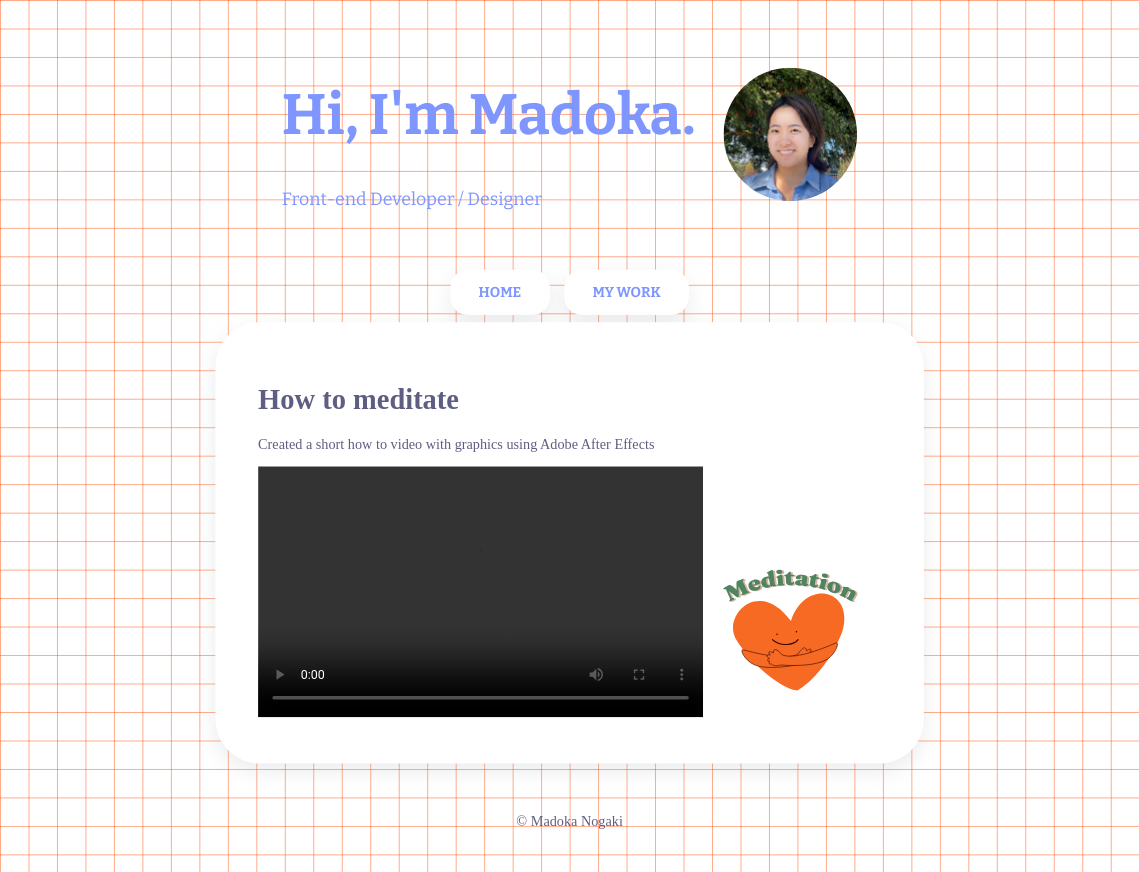
Repository: ohmaruko/portfolio
Page: /links/howToMeditate
The author's editor kept a copy of each file at every save. The page is drawn from the files as they stood at one save, then again after a run of saves.
The browser window is 1280 px wide. The pictures show the whole page, at 89% of full size.
Pictures or frames that could not be fetched are drawn as grey boxes. The project was rebuilt for these pictures with package versions that can differ from the ones it lists, and the page was loaded fresh each time. The framework's server and built-in components were replaced by stand-ins that run in the browser. Also part of the build but not shown: next.config.mjs.

Above is the page before, as saved 2024-02-18 00:44:07.

### pages/links/howToMeditate.js
import styles from '/styles/Home.module.css'
import Header from '@/components/Header'
import Footer from '@/components/Footer'
import { Open_Sans } from 'next/font/google'
import Image from 'next/image'
const openSans = Open_Sans ({subsets: ['latin']})
import Box from '@/components/Box'

export default function Works() {
  return (
    <>

      <head>
        <title>Madoka Nogaki Portfolio</title>
        <meta name="description" content="Portfolio page" />
        <meta name="viewport" content="width=device-width, initial-scale=1" />
        <link rel="icon" href="/favicon.png" />
      </head>

      <div className={styles.container}>
        <Header className={openSans.className}/>
        <main className={styles.meditation}>
            <div>
                <Box content={
                    <div>
                        <h1>How to meditate</h1>
                        <p>Created a short how to video with graphics using Adobe After Effects</p>
                        <div></div>
                        <video width={500} height={282} controls>
                            <source src='/meditation.mp4' type='video/mp4'></source>
                        </video>
                        <Image src='/images/heart.svg' alt='heart' width={200} height={200}/>

                    </div>
                }/>
            </div>
        </main>

        <div className={styles.outerContainer}>
          <Footer />
        </div>
      </div>

    </>
  )
}

### styles/globals.css
:root {
  --orange: #FF5714;
  --light-orange: rgba(255, 87, 20, 0.5);
  --blue: #7F96FF;
  --white: #fff;
  --text: #5e5e83;
  color: #5e5e83;

  --medium-font: 20px;
}

body {
  margin: 0;
  background-image:
    linear-gradient(to right, var(--light-orange) 1px, transparent 1px),
    linear-gradient(to bottom, var(--light-orange) 1px, transparent 1px);
  background-size: 2em 2em;
}

p {
  font-size: 16px;
}

### styles/Home.module.css
.container {
  display: flex;
  flex-direction: column;
  align-items: center;
  min-height: 100vh;
  width: 100%;
}
.header {
  width: 70%;
}
.outerContainer {
  display: flex;
  width: 70%;
  justify-content: center;
  margin: 2em auto;
}
.box1 {
  flex: 1;
  flex-basis: 60%;
}
.box2 {
  flex: 1;
  flex-basis: 40%;
}
.link {
  text-decoration: none;
  color: var(--text);
  display: flex;
  align-items: center;
  gap: 1rem;
}
.logo {
  fill: var(--blue);
}
.skill {
  display: flex;
  gap: 1rem;
}
.footer {
  margin: 2rem;
}
.works {
  margin: 2rem;
  width: 70%;
  display: flex;
  flex-wrap: wrap;
  justify-content: center;
}
.hair h1{
  color: var(--blue);
}
.logoContainer {
  display: flex;
  flex-direction: column;
}
.logoInner{
  display: flex;
  justify-content: space-evenly;
}
.film a{
  text-decoration: none;
  color: var(--blue);
}
/* mobile */
/* @media (max-width: 800px){

} */

### components/Header/index.js
import styles from './Header.module.css'
import Image from 'next/image'
import Link from 'next/link'
import { Bitter } from 'next/font/google'
const bitter = Bitter ({subsets: ['latin']})

export default function Header() {
    return (
        <header className={`${styles.header}, ${bitter.className}`}>
            <div className={styles.banner}>
                <div>
                    <h1>Hi, I'm Madoka.</h1>
                    <p style={{fontSize:"var(--medium-font)"}}>Front-end Developer / Designer</p>
                </div>
                <Image src="/images/profile.png" alt="profile image" width={150} height={150} className={styles.img} />
            </div>
            <div className={styles.menu}>
                <Link href='/'>HOME</Link>
                <Link href='/works'>MY WORK</Link>
            </div>
        </header>

    )
}

### components/Footer/index.js
import styles from "./Footer.module.css"

export default function Footer() {
    return (
        <>
            <p>&copy; Madoka Nogaki</p>
        </>
    )
}

### components/Box/index.js
import styles from "./Box.module.css"

export default function Box({
    title,
    content,
}) {
    return (
        <div className={styles.box} style={{}}>
            <h2 style={{color: "var(--blue)"}}>{title}</h2>
            {content}
        </div>
    )
}

### components/Header/Header.module.css
.header {
    width: 100%;
}
.banner {
    font-size: 2em;
    color: var(--blue);
    display: flex;
    justify-content: center;
    align-items: center;
    gap: 2rem;
    margin: 3rem 0;
}
.img {
    border-radius: 50%;
}
.menu {
    display: flex;
    justify-content: center;
    gap: 1rem;
}
.menu a {
    text-decoration: none;
    color: var(--blue);
    font-weight: bold;
    background-color: var(--white);
    box-shadow: rgba(149, 157, 165, 0.2) 0px 8px 24px;
    border-radius: 20px;
    padding: 1rem 2rem;
}

### components/Box/Box.module.css
.box {
    background-color: var(--white);
    padding: 3em;
    margin: 0.5em;
    border-radius: 50px;
    box-shadow: rgba(149, 157, 165, 0.2) 0px 8px 24px;
}

Loaded but not shown: pages/_app.js (common file); pages/_document.js (common file); components/Footer/Footer.module.css (no stored copy; drawn as an empty file)

After the next 4 saves:
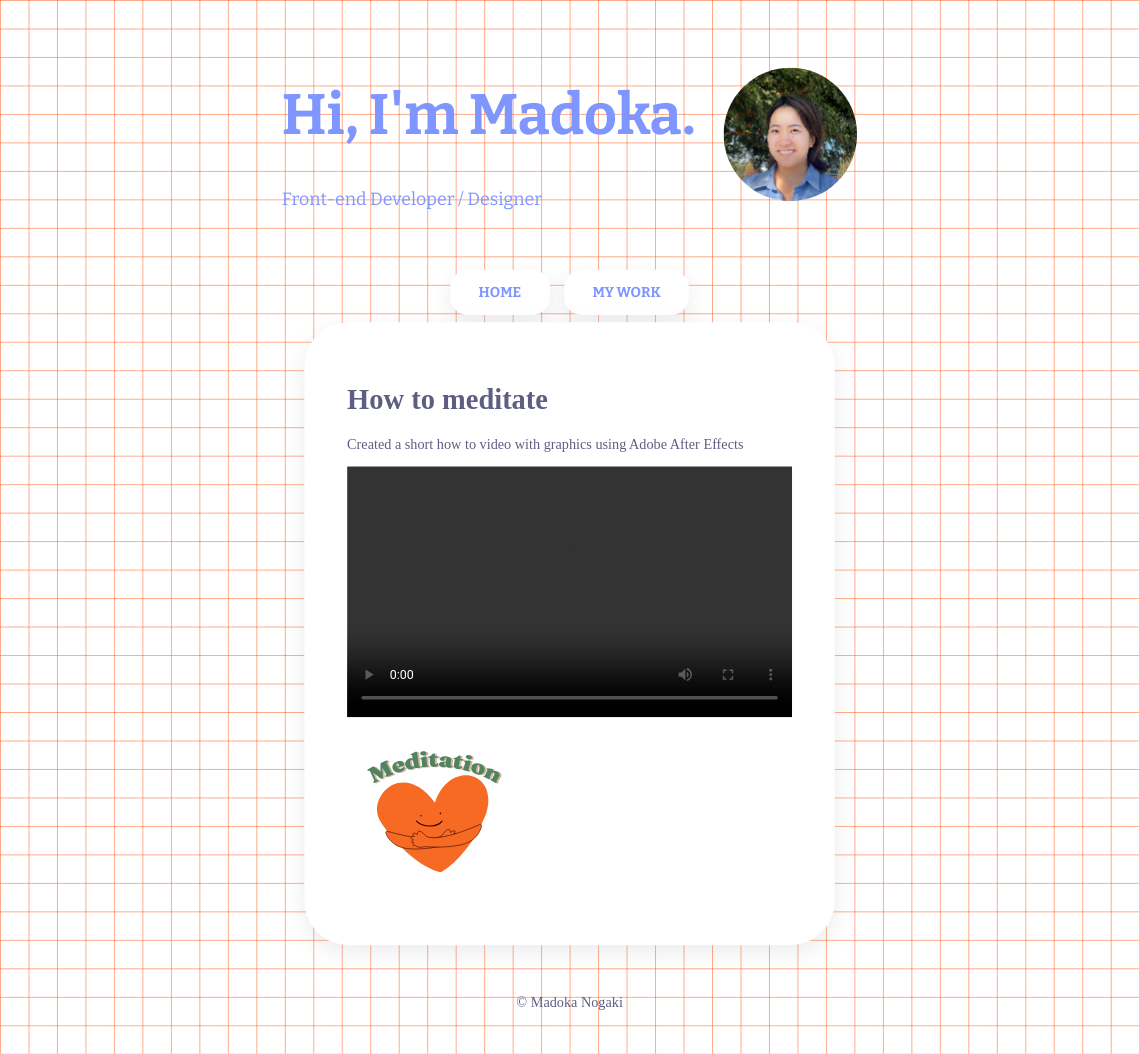
The 4 saves are shown as one change because they came seconds apart.
The last was saved 10 s later.
--- a/pages/links/howToMeditate.js
+++ b/pages/links/howToMeditate.js
@@ -25,10 +25,11 @@ export default function Works() {
                     <div>
                         <h1>How to meditate</h1>
                         <p>Created a short how to video with graphics using Adobe After Effects</p>
-                        <div></div>
-                        <video width={500} height={282} controls>
-                            <source src='/meditation.mp4' type='video/mp4'></source>
-                        </video>
+                        <div>
+                            <video width={500} height={282} controls>
+                                <source src='/meditation.mp4' type='video/mp4'></source>
+                            </video>
+                        </div>
                         <Image src='/images/heart.svg' alt='heart' width={200} height={200}/>
 
                     </div>
